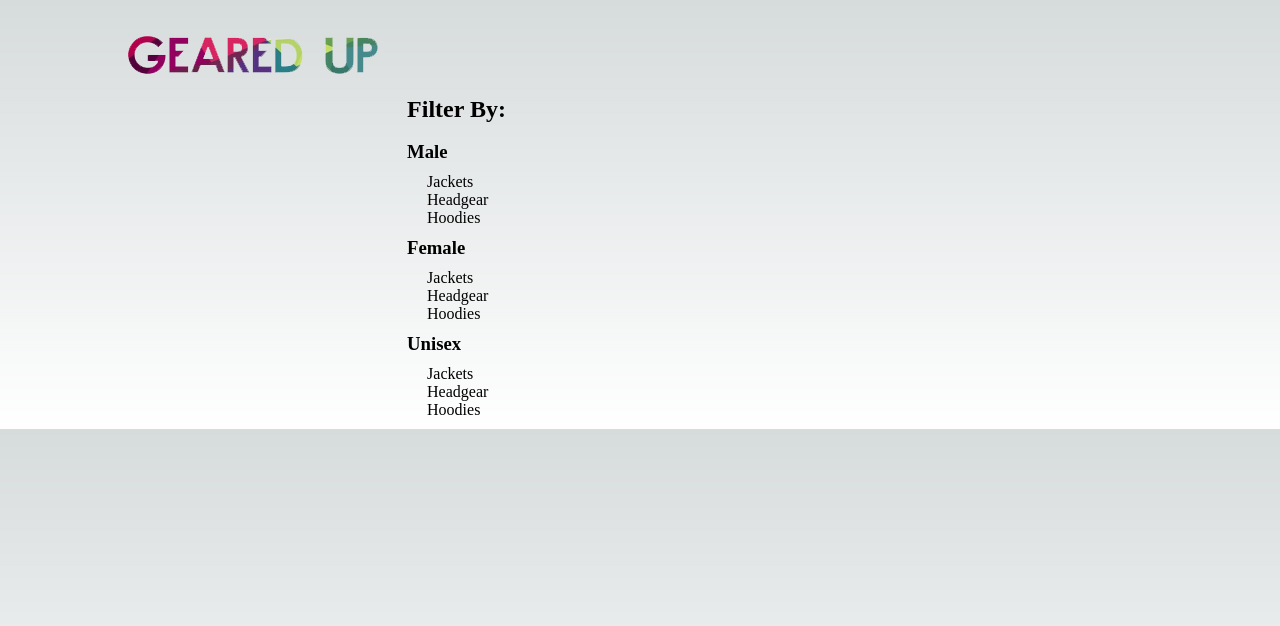
Repository: anoncoderin/madhu-dcd-gearup-assignment2
Page: /
These files come from the project's save history. The page is drawn as it stood at one moment and after the next save; the edit follows.
The browser window is 1280 px wide. The pictures show the whole page.
The project was rebuilt for these pictures with package versions that can differ from the ones it lists, and the page was loaded fresh each time. The framework's server and built-in components were replaced by stand-ins that run in the browser. Also part of the build but not shown: next.config.js.

Above is the page before, as saved 2023-03-05 18:54:28.

### pages/index.js
import Head from 'next/head'
import Image from 'next/image'
import styles from '@/styles/Home.module.css'
import { useState } from 'react'
import data from '@/components/Inventory/inventory'




export default function Home() {

  const [cloth, setCloth] = useState(data.clothing);
  const [selection, setSelection] = useState([]);

  return (
    <>
      <Head>
        <title>Geared Up Online Store BCITSA</title>
        <meta name="description" content="Generated by create next app" />
        <meta name="viewport" content="width=device-width, initial-scale=1" />
        <link rel="icon" href="/favicon/favicon.ico" />
      </Head>
      <main>
        <div className={styles.logo}><img src={'logo/logo/logo.png'} /></div>
        <div className={styles.container}>
          <div className={styles.filters}>
            <br></br>
            <h2>Filter By:</h2>
            <br></br>
            <h3 onClick={() => setSelection(['Male', ''])}>Male</h3>
            <div className={styles.list}>
              <li onClick={() => setSelection(['Male', 'Jackets'])}>Jackets</li>
              <li onClick={() => setSelection(['Male', 'Headgear'])}>Headgear</li>
              <li onClick={() => setSelection(['Male', 'Hoodies'])}>Hoodies</li>
            </div>
            <h3 onClick={() => setSelection(['Female', ''])}>Female</h3>
            <div className={styles.list}>
              <li onClick={() => setSelection(['Female', 'Jackets'])}>Jackets</li>
              <li onClick={() => setSelection(['Female', 'Headgear'])}>Headgear</li>
              <li onClick={() => setSelection(['Female', 'Hoodies'])}>Hoodies</li>
            </div>
            <h3 onClick={() => setSelection(['Unisex', ''])}>Unisex</h3>
            <div className={styles.list}>
              <li onClick={() => setSelection(['Unisex', 'Jackets'])}>Jackets</li>
              <li onClick={() => setSelection(['Unisex', 'Headgear'])}>Headgear</li>
              <li onClick={() => setSelection(['Unisex', 'Hoodies'])}>Hoodies</li>
            </div>
          </div>
          <div className={styles.itemlist}>

            {
              cloth && cloth.map((c, index) => {

                if (selection[0] == c.sex && ((selection[1] == c.category) || (selection[1] == '')))
                 {
                  return (
                    <div key={index}>
                      <Image src={c.image} width={200} height={200} />
                      <p>{c.title}</p>
                      <p>{c.cost}</p>

                      <div className={styles.colorlist}>
                        {
                          c.colours && c.colours.map((col, index) => {
                            return (
                              <div className={styles.dot} style={{ backgroundColor: col }} />
                            )

                          })
                        }
                      </div>

                    </div>)

                }


              })
            }

          </div>
        </div>

      </main>
    </>
  )
}

### styles/globals.css
:root {
  --max-width: 1100px;
  --border-radius: 12px;
  --font-mono: ui-monospace, Menlo, Monaco, 'Cascadia Mono', 'Segoe UI Mono',
    'Roboto Mono', 'Oxygen Mono', 'Ubuntu Monospace', 'Source Code Pro',
    'Fira Mono', 'Droid Sans Mono', 'Courier New', monospace;

  --foreground-rgb: 0, 0, 0;
  --background-start-rgb: 214, 219, 220;
  --background-end-rgb: 255, 255, 255;

  --primary-glow: conic-gradient(
    from 180deg at 50% 50%,
    #16abff33 0deg,
    #0885ff33 55deg,
    #54d6ff33 120deg,
    #0071ff33 160deg,
    transparent 360deg
  );
  --secondary-glow: radial-gradient(
    rgba(255, 255, 255, 1),
    rgba(255, 255, 255, 0)
  );

  --tile-start-rgb: 239, 245, 249;
  --tile-end-rgb: 228, 232, 233;
  --tile-border: conic-gradient(
    #00000080,
    #00000040,
    #00000030,
    #00000020,
    #00000010,
    #00000010,
    #00000080
  );

  --callout-rgb: 238, 240, 241;
  --callout-border-rgb: 172, 175, 176;
  --card-rgb: 180, 185, 188;
  --card-border-rgb: 131, 134, 135;
}

button{
  width: 50px;

}
li{
  cursor: pointer;
}
h3{
  cursor: pointer;
}

@media (prefers-color-scheme: dark) {
  :root {
    --foreground-rgb: 255, 255, 255;
    --background-start-rgb: 0, 0, 0;
    --background-end-rgb: 0, 0, 0;

    --primary-glow: radial-gradient(rgba(1, 65, 255, 0.4), rgba(1, 65, 255, 0));
    --secondary-glow: linear-gradient(
      to bottom right,
      rgba(1, 65, 255, 0),
      rgba(1, 65, 255, 0),
      rgba(1, 65, 255, 0.3)
    );

    --tile-start-rgb: 2, 13, 46;
    --tile-end-rgb: 2, 5, 19;
    --tile-border: conic-gradient(
      #ffffff80,
      #ffffff40,
      #ffffff30,
      #ffffff20,
      #ffffff10,
      #ffffff10,
      #ffffff80
    );

    --callout-rgb: 20, 20, 20;
    --callout-border-rgb: 108, 108, 108;
    --card-rgb: 100, 100, 100;
    --card-border-rgb: 200, 200, 200;
  }
}

* {
  box-sizing: border-box;
  padding: 0;
  margin: 0;
}

html,
body {
  max-width: 100vw;
  overflow-x: hidden;
}

body {
  color: rgb(var(--foreground-rgb));
  background: linear-gradient(
      to bottom,
      transparent,
      rgb(var(--background-end-rgb))
    )
    rgb(var(--background-start-rgb));
}

a {
  color: inherit;
  text-decoration: none;
}

@media (prefers-color-scheme: dark) {
  html {
    color-scheme: dark;
  }
}

### styles/Home.module.css
.filters{
  display: flex;
  flex-direction: column;
  align-items: left;
  margin-left: 20px;

}

.dot {
  height: 25px;
  width: 25px;

  border-radius: 50%;

}
.container{
  display: flex;
  flex-direction: row;
  justify-content: space-evenly;
}

.colorlist{
  display: flex;
  flex-direction: row;
  gap: 2px;
}
.itemlist{
  display: flex;
  flex-direction: row;

}
.list{
  margin-left: 10px;
  list-style: none;
 padding : 10px;
 position: relative;
}
.logo{
  margin-left: 10vw;
  margin-top: 5vh;
}

/* Mobile */
@media screen and (max-width: 600px) {

  .itemlist{
    display: flex;
    flex-direction: column;


}
.container{
  display: flex;
  flex-direction: column;
  align-items: center;
}

}

/*Tablet*/
@media screen and (min-width:600px) and (max-width:1000px){
  .container{
    display: flex;
    flex-direction: row;
    gap: 120px;
    margin-left: 7vw;
  }
  .itemlist{
    display: flex;
    flex-direction: row;
    flex-wrap: wrap;

  }
}

### components/Inventory/inventory.js



const inventory ={company:"BCITSA Geared Up",
clothing:[
    {
        category:"Hoodies",
        sex:"Female",
        title:"Russell Athletic Hood",
        colours:["black", "charcoal", "green", "grey", "maroon", "navy"],
        hex:["#000", "#3E464B", "#24564A", "#B4B8B9", "#5F3A42", "#313F4F"],
        image:"/products/products/hoodies/russell_athletic_hood_black.png",
        cost:69.99
    },
    {
        category:"Hoodies",
        sex:"Male",
        title:"Aerospace",
        colours:["black", "navy"],
        hex:["#000", "#313F4F"],
        image:"/products/products/hoodies/hood_aerospace_black.png",
        cost:59.99
    },
    {
        category:"Hoodies",
        sex:"Female",
        title:"Classic Avalon Fleece Hoodie",
        colours:["black", "navy"],
        hex:["#000", "#313F4F"],
        image:"/products/products/hoodies/classic_avalon_fleece_hoodie_black.png",
        cost:57.99
    },
    {
        category:"Hoodies",
        sex:"Unisex",
        title:"Champion Full-Zup Hoodie",
        colours:["black", "grey","maroon","navy","green"],
        hex:["#000","#B4B8B9", "#5F3A42", "#313F4F"],
        image:"/products/products/hoodies/champion_full_zip_hoodie_black.png",
        cost:79.99
    },
    {
        category:"Hoodies",
        sex:"Male",
        title:"Forestry",
        colours:["green"],
        hex:["#24564A"],
        image:"/products/products/hoodies/hoodie_forestry_green.png",
        cost:59.99
    },
    {
        category:"Jackets",
        sex:"Male",
        title:"Waterproof Jacket",
        colours:["black", "graphite", "navy"],
        hex:["#000", "#69686D", "#313F4F"],
        image:"/products/products/jackets/waterproof_jacket_black.png",
        cost:79.99
    },
    {
        category:"Jackets",
        sex:"Female",
        title:"Soft Shell Hooded Jacket",
        colours:["black", "navy"],
        hex:["#000", "#313F4F"],
        image:"/products/products/jackets/soft_shell_hooded_jacket_black.png",
        cost:82.99
    },
    {
        category:"Headgear",
        sex:"Unisex",
        title:"Legacy Adjustable Hat",
        colours:["stone", "burgundy", "slate blue", "grey", "navy"],
        hex:["#25242D", "#DBDCD7", "#7F2430", "#595B76", "#685E66"],
        image:"/products/products/headgear/legacy_adjustable_hat_navy.png",
        cost:29.99
    },
    {
        category:"Headgear",
        sex:"Unisex",
        title:"Legacy Hat Trucker",
        colours:["cardinal", "orange", "green", "gold"],
        hex:["#5C5A4D", "#CA5927", "#43483B", "#F9BE14"],
        image:"/products/products/headgear/legacy_adjustable_hat_navy.png",
        cost:36.99
    },
    {
        category:"Headgear",
        sex:"Unisex",
        title:"Legacy Toque",
        colours:["black"],
        hex: ["#000"],
        image:"/products/products/headgear/legacy_toque_black.png",
        cost:3.499
    }
]


}
export default inventory;

Loaded but not shown: pages/_app.js (common file); pages/_document.js (common file)

After the next save:
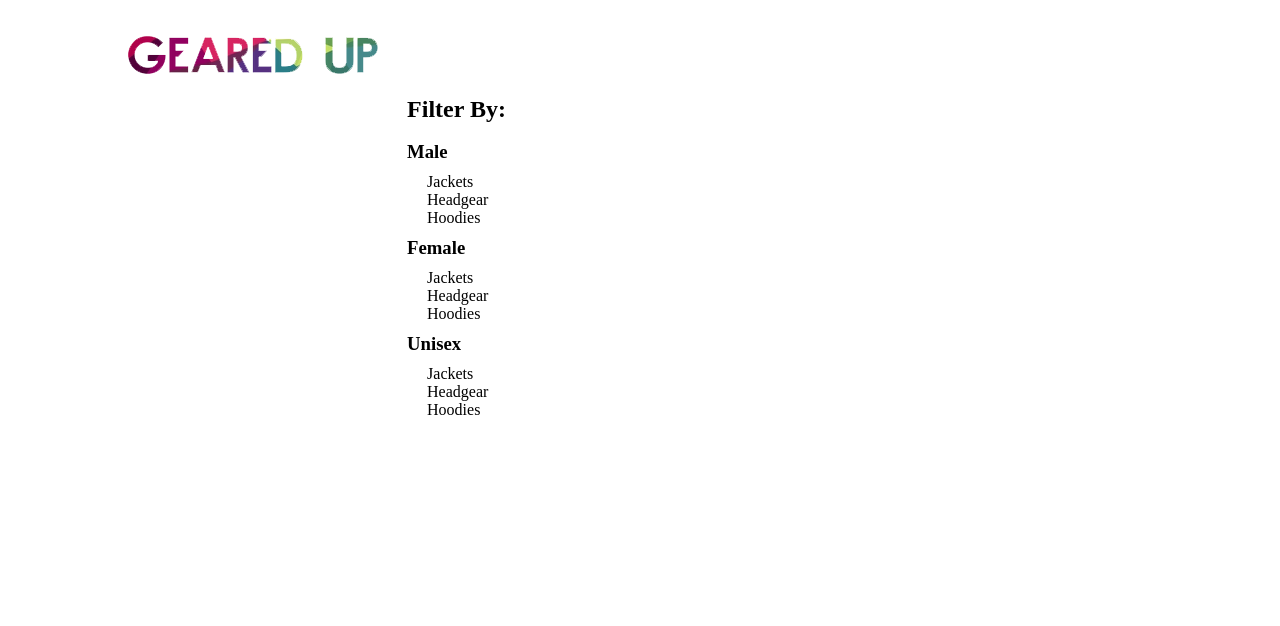
Saved 70 s later.
--- a/styles/globals.css
+++ b/styles/globals.css
@@ -1,44 +1,4 @@
-:root {
-  --max-width: 1100px;
-  --border-radius: 12px;
-  --font-mono: ui-monospace, Menlo, Monaco, 'Cascadia Mono', 'Segoe UI Mono',
-    'Roboto Mono', 'Oxygen Mono', 'Ubuntu Monospace', 'Source Code Pro',
-    'Fira Mono', 'Droid Sans Mono', 'Courier New', monospace;
 
-  --foreground-rgb: 0, 0, 0;
-  --background-start-rgb: 214, 219, 220;
-  --background-end-rgb: 255, 255, 255;
-
-  --primary-glow: conic-gradient(
-    from 180deg at 50% 50%,
-    #16abff33 0deg,
-    #0885ff33 55deg,
-    #54d6ff33 120deg,
-    #0071ff33 160deg,
-    transparent 360deg
-  );
-  --secondary-glow: radial-gradient(
-    rgba(255, 255, 255, 1),
-    rgba(255, 255, 255, 0)
-  );
-
-  --tile-start-rgb: 239, 245, 249;
-  --tile-end-rgb: 228, 232, 233;
-  --tile-border: conic-gradient(
-    #00000080,
-    #00000040,
-    #00000030,
-    #00000020,
-    #00000010,
-    #00000010,
-    #00000080
-  );
-
-  --callout-rgb: 238, 240, 241;
-  --callout-border-rgb: 172, 175, 176;
-  --card-rgb: 180, 185, 188;
-  --card-border-rgb: 131, 134, 135;
-}
 
 button{
   width: 50px;
